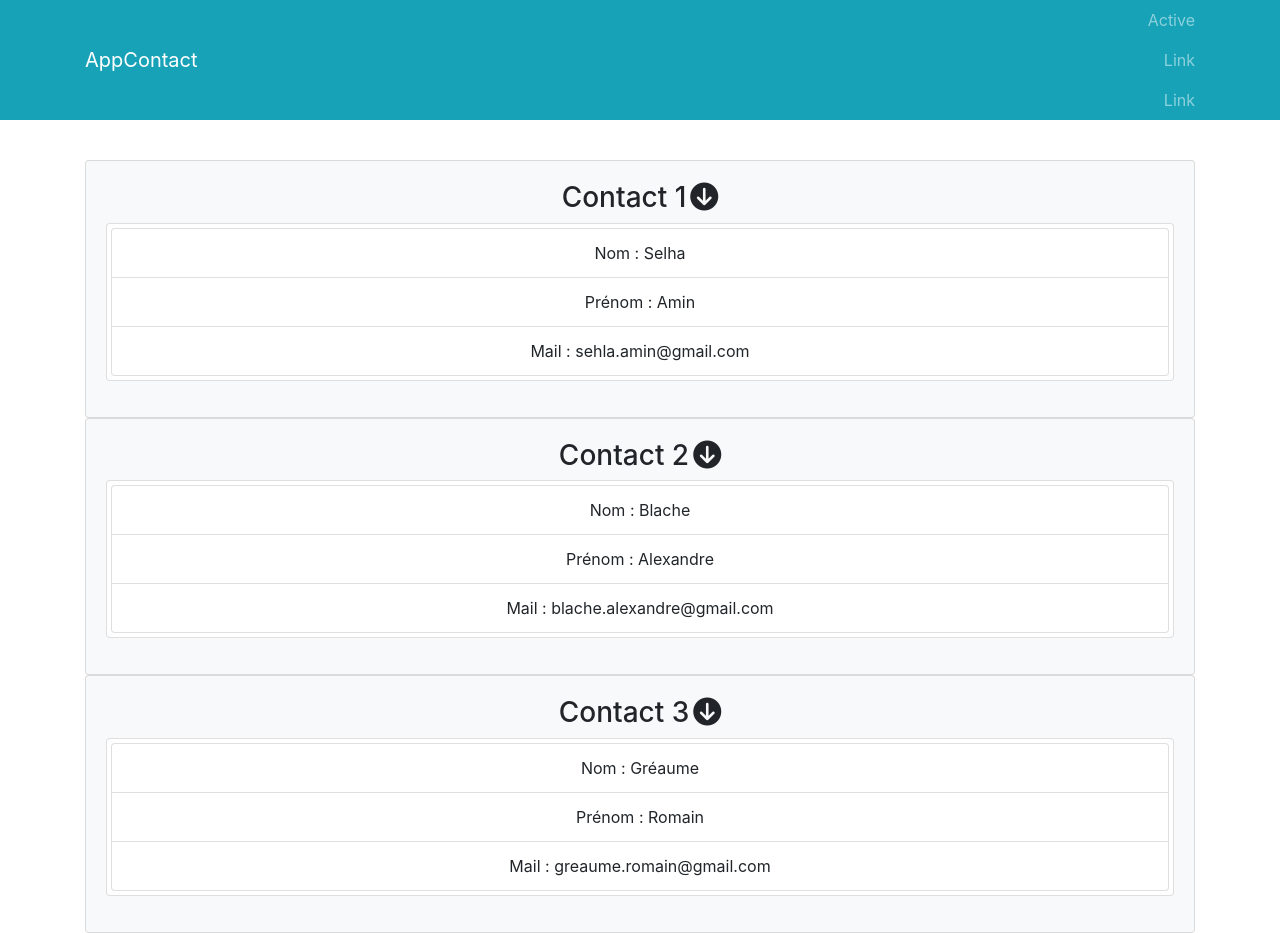
Repository: romgrm/appContact
Page: /
The author's editor kept a copy of each file at every save. The page is drawn from the files as they stood at one save, then again after the next save.
The browser window is 1280 px wide. The pictures show the whole page.
Some web libraries are served in a nearby version. The project was rebuilt for these pictures with package versions that can differ from the ones it lists, and the page was loaded fresh each time.

Above is the page before, as saved 2020-12-02 21:23:13.

### public/index.html
<!DOCTYPE html>
<html lang="en">
  <head>
    <meta charset="utf-8" />
    <link rel="icon" href="%PUBLIC_URL%/favicon.ico" />
    <meta name="viewport" content="width=device-width, initial-scale=1" />
    <meta name="theme-color" content="#000000" />
    <meta
      name="description"
      content="Web site created using create-react-app"
    />
    <link rel="apple-touch-icon" href="%PUBLIC_URL%/logo192.png" />

    <link rel="manifest" href="%PUBLIC_URL%/manifest.json" />

    <title>React App</title>
  </head>
  <body>
    <noscript>You need to enable JavaScript to run this app.</noscript>
    <div id="root"></div>
    <script src="https://kit.fontawesome.com/f66925acc9.js" crossorigin="anonymous"></script>

  </body>
</html>

### src/App.js
import Header from './Components/Header'
import Liste from './Components/Liste'

import 'bootstrap/dist/css/bootstrap.min.css'


function App() {
  return (
    <div className="App">
      <Header />
      <div className="container pt-4">
        <Liste />
      </div>
    </div>
  );
}

export default App;

### src/Components/Header.js
import React, { Component } from 'react'

export default class Header extends Component {
    render() {
        return (
            <div>
                <nav className="navbar navbar-dark bg-info mb-3 py-0">
                    <div className="container">
                        <a href="/" className="navbar-brand">AppContact</a>
                        <ul className="navbar-nav">
                            <li className="nav-item ml-auto">
                                <a className="nav-link " href="#">Active</a>
                            </li>
                            <li className="nav-item ml-auto">
                                <a className="nav-link" href="#">Link</a>
                            </li>
                            <li className="nav-item ml-auto">
                                <a className="nav-link" href="#">Link</a>
                            </li>
                        </ul>
                    </div>
                </nav>

            </div>

        )
    }
}

### src/Components/Liste.js
import React, { Component } from 'react'
import Contact from './Contact'

export default class Liste extends Component {

    state = {
        contacts: [
            {
                id:1,
                contact: 'Contact 1',
                nom: 'Selha',
                prenom: 'Amin',
                mail: 'sehla.amin@gmail.com'
            },
            {
                id:2,
                contact: 'Contact 2',
                nom: 'Blache',
                prenom: 'Alexandre',
                mail: 'blache.alexandre@gmail.com'
            },
            {
                id:3,
                contact: 'Contact 3',
                nom: 'Gréaume',
                prenom: 'Romain',
                mail: 'greaume.romain@gmail.com'
            }
        ]
    }

    render() {
        return (
            <div>
                {this.state.contacts.map(current => (
                    <Contact
                    key={current.id}
                    Contact={current.contact}
                    Nom={current.nom}
                    Prenom={current.prenom}
                    Mail={current.mail}/>
                ))}
            </div>
        )
    }
}

### src/Components/Contact.js
import React, { Component } from 'react'

export default class Contact extends Component {
    render() {
        return (
            <div className="card card-body bg-light text-center">
                <p className="h3">{this.props.Contact}<i className="fas fa-arrow-circle-down pl-1"></i></p>
                <ul className="card card-body p-1">
                    <li className="list-group-item"> Nom : {this.props.Nom}</li>
                    <li className="list-group-item"> Prénom : {this.props.Prenom}</li>
                    <li className="list-group-item"> Mail : {this.props.Mail}</li>
                </ul>
            </div>
        )
    }
}

Loaded but not shown: src/index.js (common file)

After the next save:
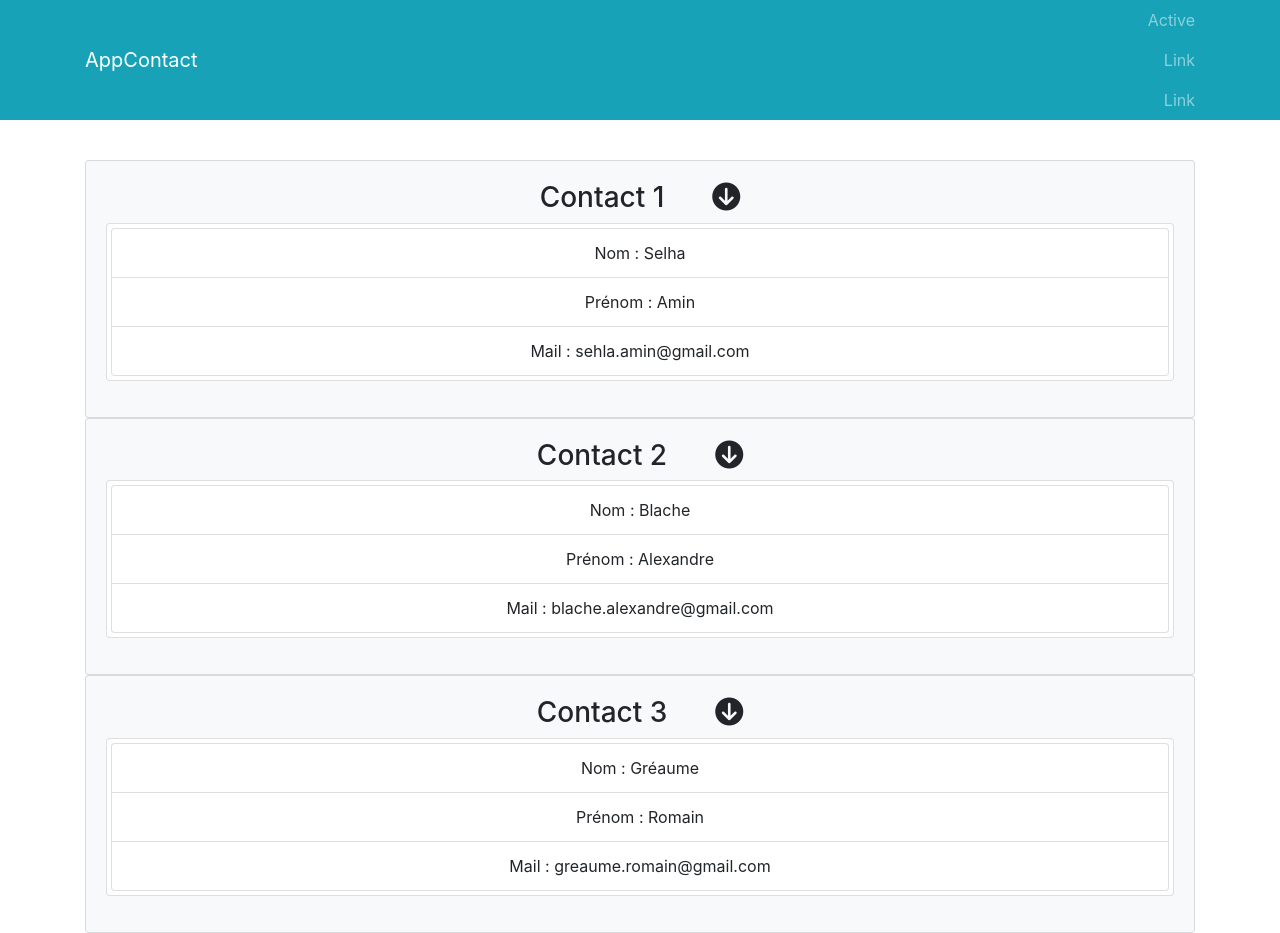
Saved 4 s later.
--- a/src/Components/Contact.js
+++ b/src/Components/Contact.js
@@ -4,7 +4,7 @@ export default class Contact extends Component {
     render() {
         return (
             <div className="card card-body bg-light text-center">
-                <p className="h3">{this.props.Contact}<i className="fas fa-arrow-circle-down pl-1"></i></p>
+                <p className="h3">{this.props.Contact}<i className="fas fa-arrow-circle-down pl-5"></i></p>
                 <ul className="card card-body p-1">
                     <li className="list-group-item"> Nom : {this.props.Nom}</li>
                     <li className="list-group-item"> Prénom : {this.props.Prenom}</li>
